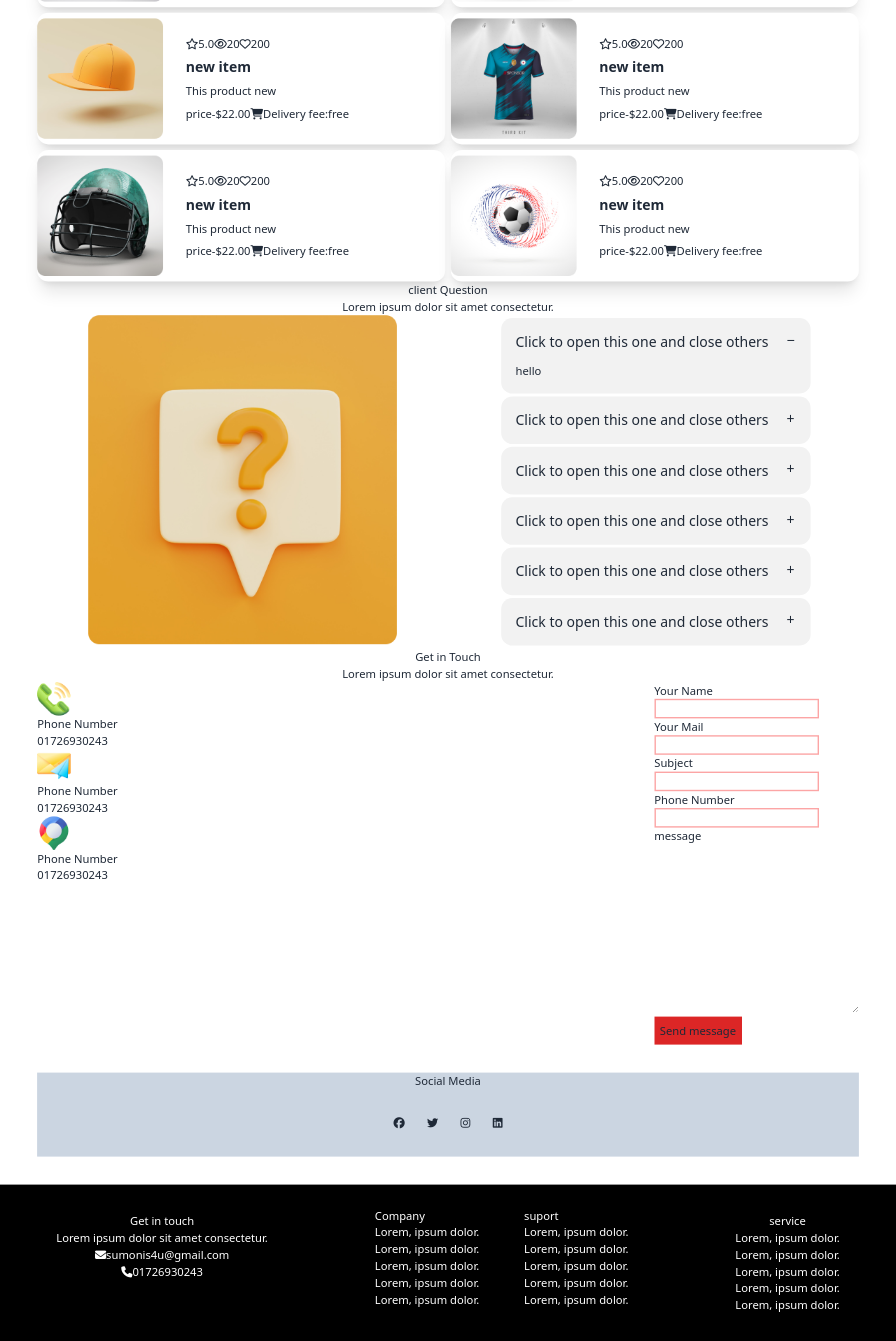
Repository: sumonkumarsarkar/bd-hockeys-team
Page: index.html
The author's editor kept a copy of each file at every save. The page is drawn from the files as they stood at one save, then again after the next save.
The browser window is 1280 px wide. The pictures show the part of the page from y = 2156 to 4076 px (the page is 4072 px tall before and 4076 px after), at 70% of full size.
Some web libraries are served in a nearby version.

Above is the page before, as saved 2024-01-24 10:46:02.

After the next save:
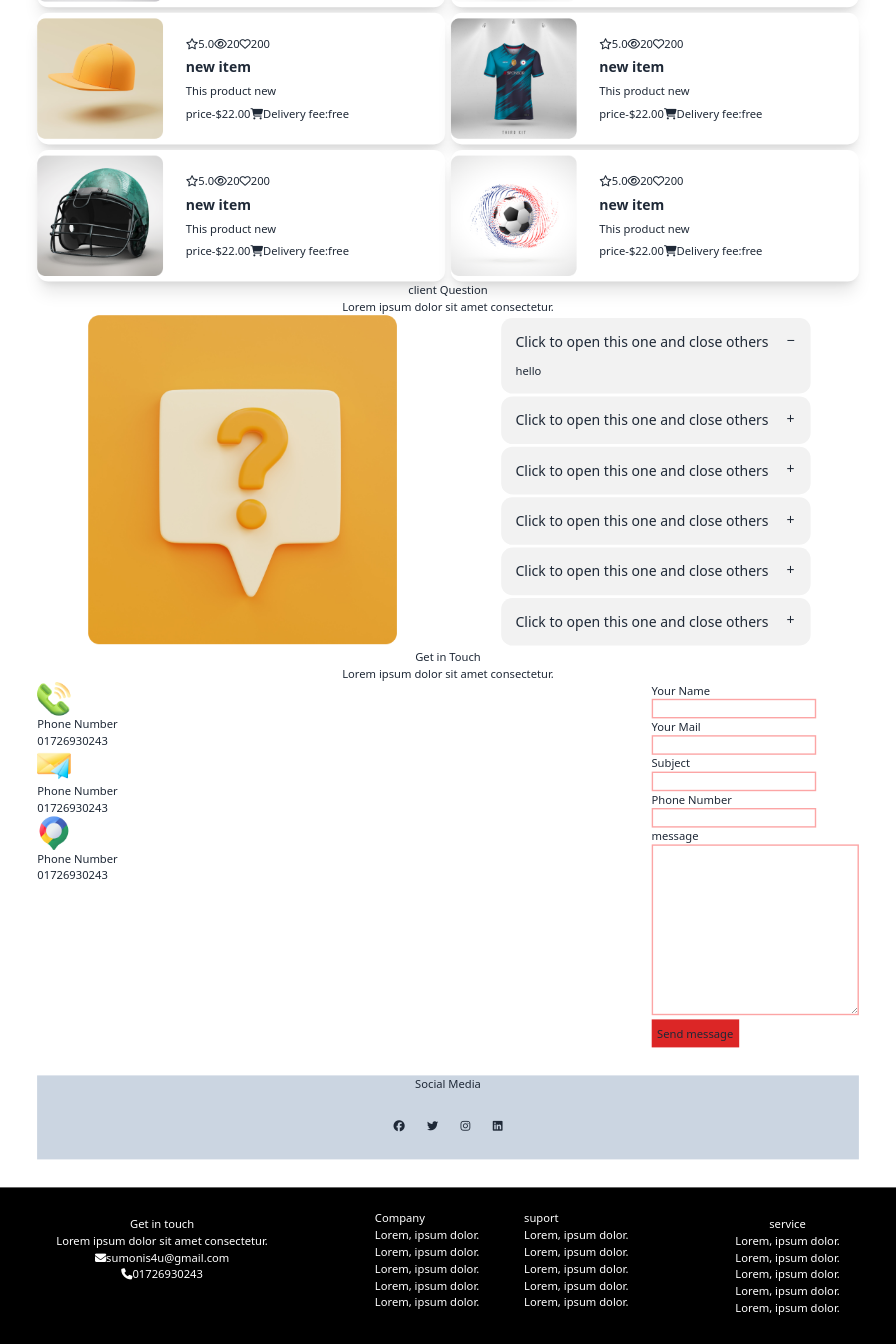
Saved 25 s later.
--- a/index.html
+++ b/index.html
@@ -523,7 +523,7 @@
 <div>
     <form >
         <label for="number">message</label><br>
-        <textarea name=" message" id="" cols="30" rows="10"></textarea>
+        <textarea class="border-2 border-red-300" name=" message" id="" cols="30" rows="10"></textarea>
     </form>
 </div>
 <div>
